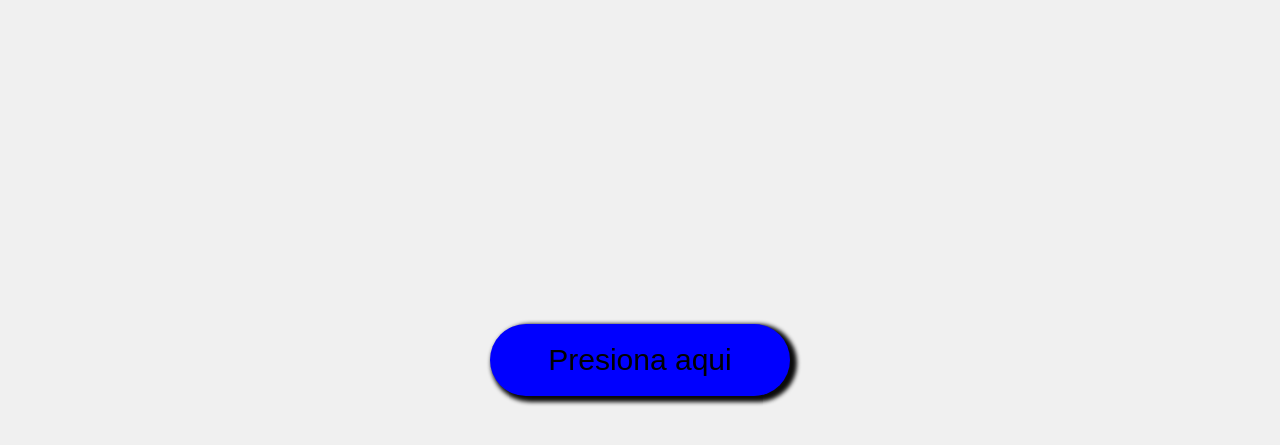
Repository: ye909/secreto
Page: inicio.html
The author's editor kept a copy of each file at every save. The page is drawn from the files as they stood at one save, then again after the next save.
The browser window is 1280 px wide. The pictures show the whole page.
The pointer rests on the first visible `#btn`.

Above is the page before, as saved 2025-02-20 21:36:51.

### inicio.html
<!DOCTYPE html>
<html>
<head>
<title>Amigo Secreto 3D</title>
<link rel="stylesheet" href="inicio.css">
</head>
<body>

          <div class="container">
            <h1 id="message">¡Bienvenido al Juego del Amigo Secreto!</h1>
        </div>
    <button id="btn"><a href="">Presiona aqui</a></button>

  <script src="inicio.js"></script>
</body>
</html>

### inicio.css
body, html {
    height: 100%;
    margin: 0;
    display: flex;
    justify-content: center;
    align-items: center;
    background-color: #f0f0f0;
    font-family: Arial, sans-serif;
}

.container {
    text-align: center;
}

#message {
    font-size: 2em;
    color: #333;
    opacity: 0;
    transform: translateY(-20px);
    animation: fadeIn 1s ease-out forwards;
}

@keyframes fadeIn {
    to {
        opacity: 1;
        transform: translateY(0);
    }
}
a{
    text-decoration: none;
    list-style: none;
    color:black;
}
#btn{
    display: none;
    width: 300px;
    height: 10vh;
    background: rgb(97, 97, 205);
    border-radius: 60px;
    font-size: 30px;
    border:none;
}
#btn:hover{
    background: blue;
    box-shadow: rgb(11, 11, 11) 4px 3px 4px 3px ;

}

### inicio.js
// script.js
document.addEventListener('DOMContentLoaded', function() {
    setTimeout(function() {
        document.getElementById('message').style.display = 'none';
        document.getElementById('btn').style.display = 'inline';
    }, 3000);


});

After the next save:
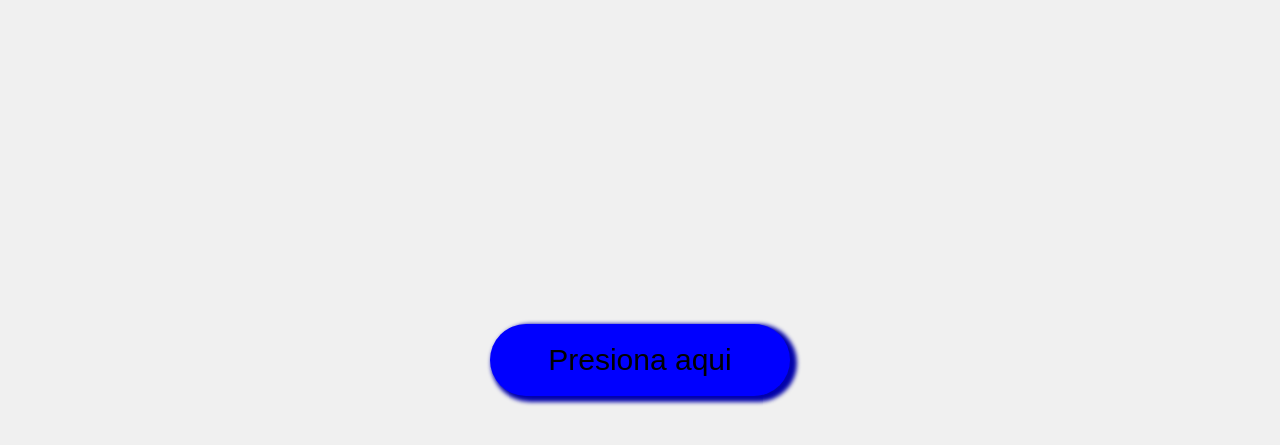
Saved 25 s later.
--- a/inicio.css
+++ b/inicio.css
@@ -42,6 +42,6 @@ a{
 }
 #btn:hover{
     background: blue;
-    box-shadow: rgb(11, 11, 11) 4px 3px 4px 3px ;
+    box-shadow: rgb(2, 2, 170) 4px 3px 4px 3px ;
 
 }
